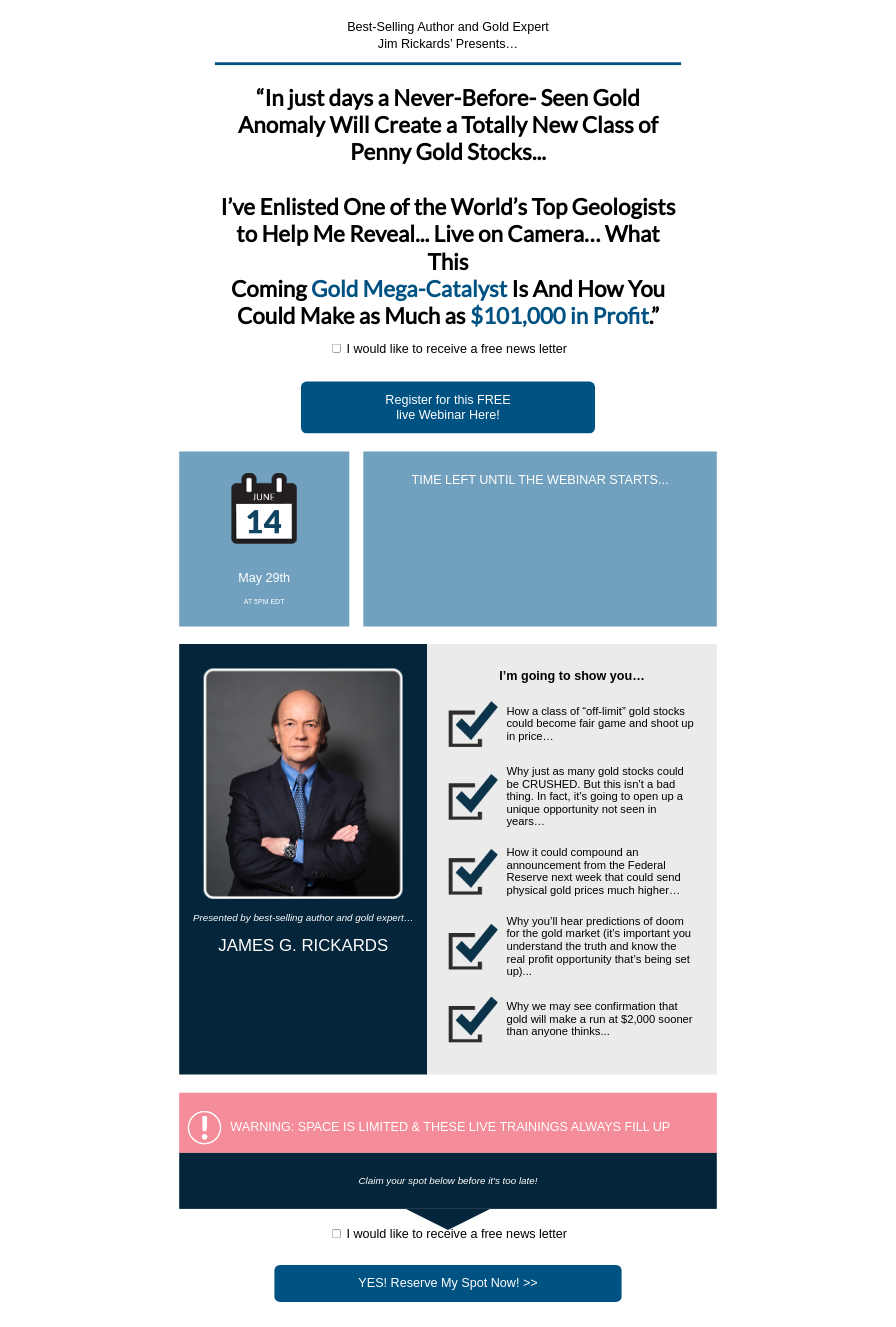
Repository: KrystellBarraza/Test
Page: index.html
These files come from the project's save history. The page is drawn as it stood at one moment and after the next save; the edit follows.
The browser window is 1280 px wide. The pictures show the whole page, at 70% of full size.

Above is the page before, as saved 2019-10-07 10:27:34.

After the next save:
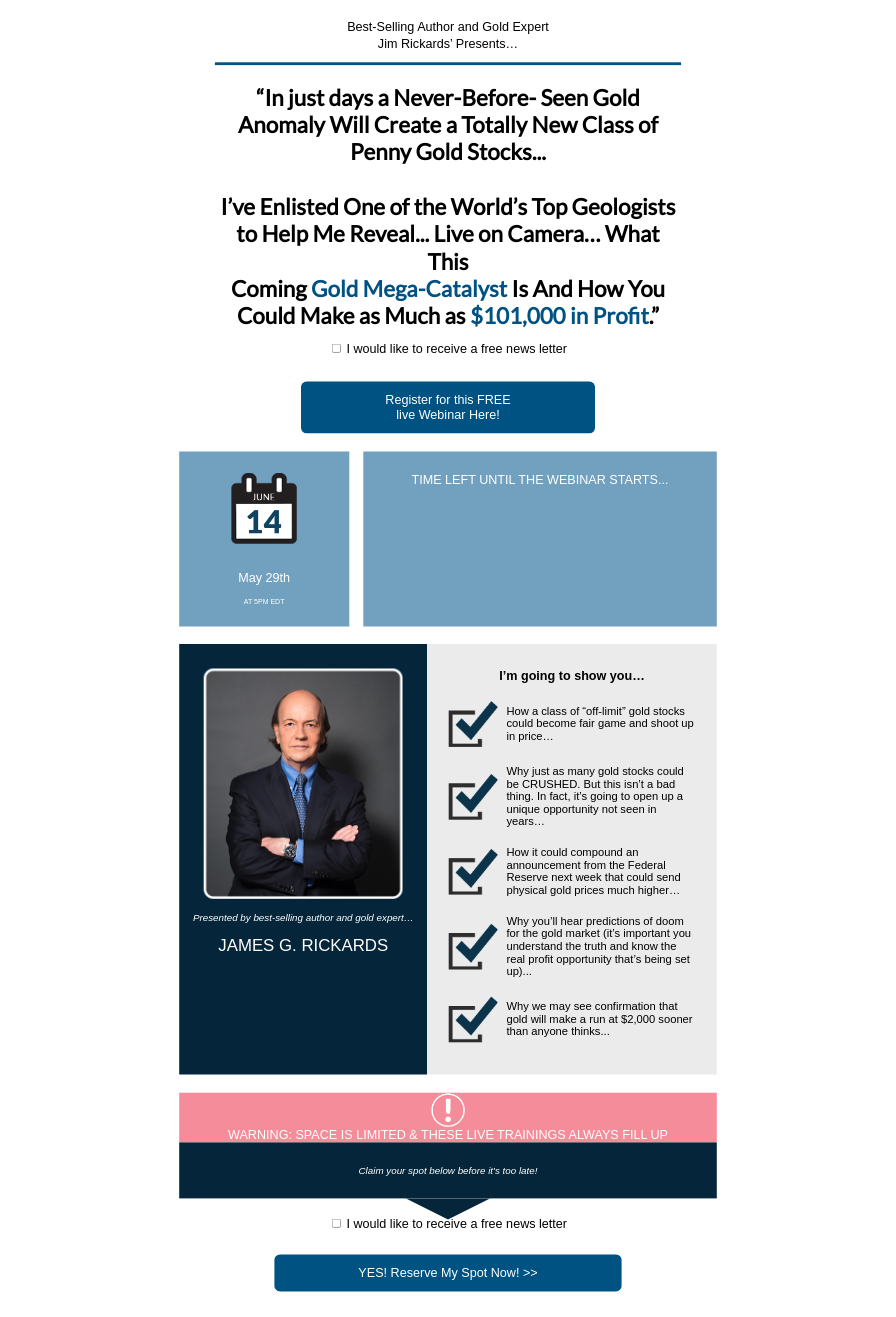
Saved 5 min 33 s later.
--- a/index.html
+++ b/index.html
@@ -107,12 +107,8 @@
 
         <div class="container-footer">
             <div class="warning">
-                <table>
-                    <tr>
-                        <td><img src="images/exclamation.png" class="exclamation-mark"></td>
-                        <td><p style="color: #fff;">WARNING: SPACE IS LIMITED & THESE LIVE TRAININGS ALWAYS FILL UP</p></td>
-                    </tr>
-                </table>
+                <img src="images/exclamation.png" class="exclamation-mark">
+                <p style="color: #fff;">WARNING: SPACE IS LIMITED & THESE LIVE TRAININGS ALWAYS FILL UP</p>
             </div>
 
             <div class="claim">
